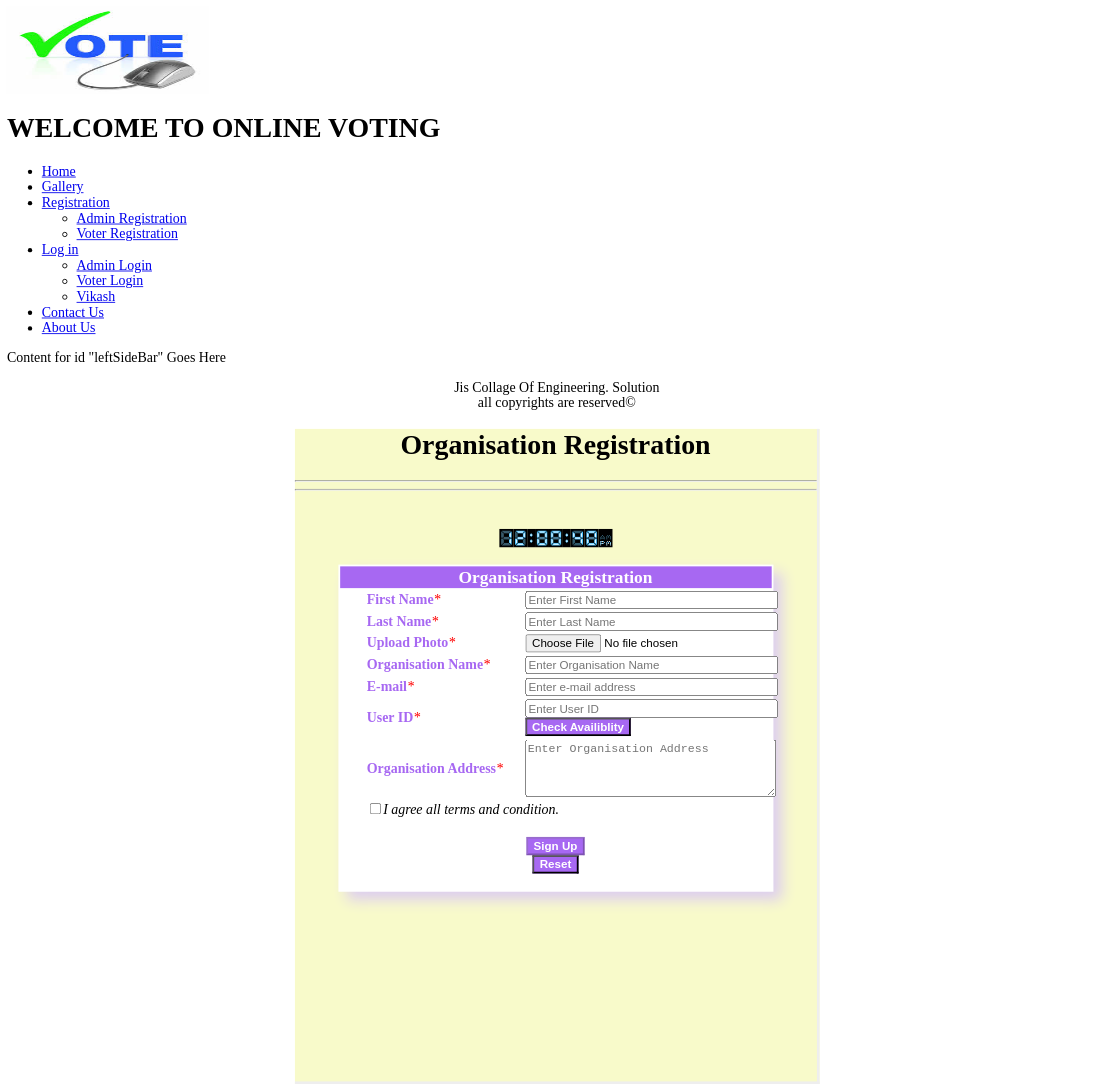
Repository: nsbgit/JavaTutorial
Page: http://localhost/TheVotingSystem/mainToAdminSection/adminSignUp.jsp
These files come from the project's save history. The page is drawn as it stood at one moment and after the next save; the edit follows.
The browser window is 1280 px wide. The pictures show the whole page, at 87% of full size.
The page is served by Tomcat 9.

Above is the page before, as saved 2014-01-19 07:16:47.

After the next save:
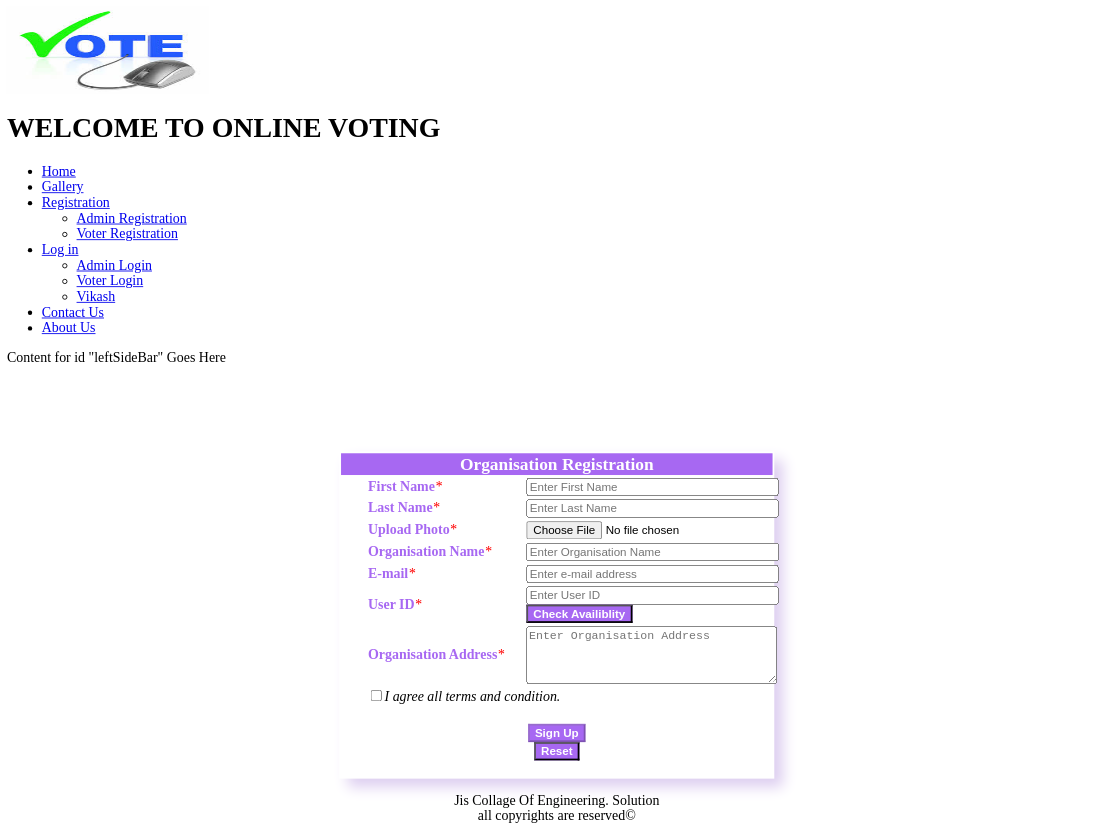
Saved 2 min 36 s later.
--- a/J2EE Webel Project/The Voting SystemByVikash/TheVotingSystem/WebContent/mainToAdminSection/adminSignUp.jsp
+++ b/J2EE Webel Project/The Voting SystemByVikash/TheVotingSystem/WebContent/mainToAdminSection/adminSignUp.jsp
@@ -104,53 +104,9 @@
   		<div id="leftSideBar">Content for  id "leftSideBar" Goes Here</div>
   		<div id="content">
 		<%-- Paste div clas body here --%>
-
-
-
-
-
-
-		</div>
-
-
-
-  		</div>
-  		<div id="footer"><p align="center">Jis Collage Of Engineering. Solution<br />
-  		all copyrights are reserved&copy;
-  		</p></div>
-
-</div>
-
-
-
-
-
-
-
-
-
-
-
-
-
-
-
-	<div class="body">
-		<h1 align="center">Organisation Registration</h1>
-		<hr>
-		<hr>
-		<br>
-		<br>
-
-								<div style="text-align: center; padding-bottom: 20px;" class="">
-									<script type="text/javascript">
-
-										new imageclock.display()
-
-									</script>
-								</div>
-
-		<form action="<%= request.getContextPath() %>/SAdminSignUp.do" method="post" enctype="multipart/form-data">
+		<div>
+
+		<form action="<%= request.getContextPath() %>/SAdminSignUp.do" method="post" enctype="multipart/form-data" style="padding-top: 99px;">
 			<table align="center" class="box" width="500px">
 					<tr>
 						<th colspan="2" class="header" align="center">Organisation Registration</th>
@@ -280,5 +236,36 @@
 				</table>
 			</form>
 		</div>
+
+
+
+
+
+		</div>
+
+
+
+  		</div>
+  		<div id="footer"><p align="center">Jis Collage Of Engineering. Solution<br />
+  		all copyrights are reserved&copy;
+  		</p></div>
+
+</div>
+
+
+
+
+
+
+
+
+
+
+
+
+
+
+
+
 </body>
 </html>
